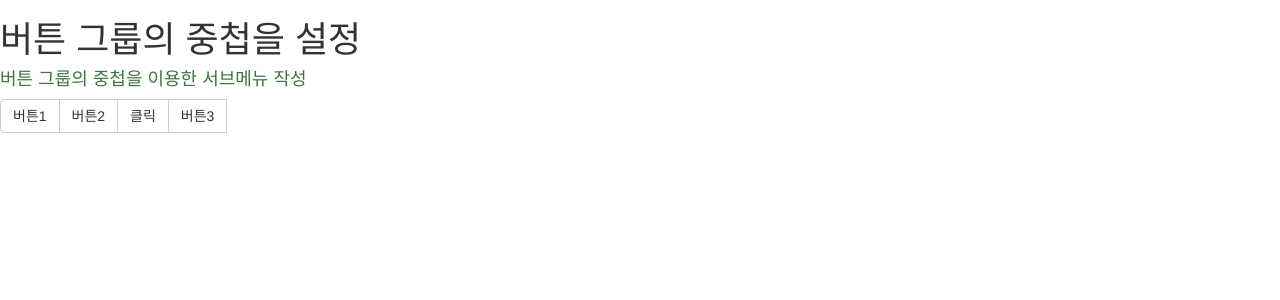
Repository: RYE415/4.jsp
Page: BootstrapTest/src/main/webapp/7.component/4.buttongroup(중첩,정렬).html
These files come from the project's save history. The page is drawn as it stood at one moment and after the next save; the edit follows.
The browser window is 1280 px wide. The pictures show the whole page.
Some web libraries are served in a nearby version.

Above is the page before, as saved 2022-08-10 00:33:24.

After the next save:
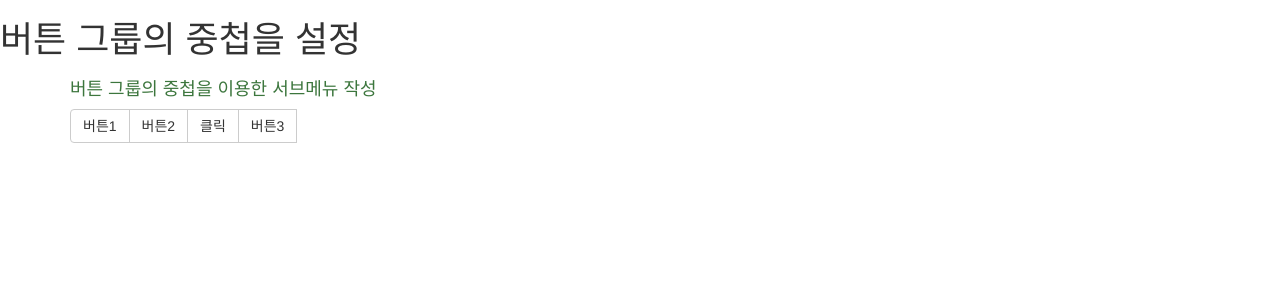
Saved 4 min 33 s later.
--- a/BootstrapTest/src/main/webapp/7.component/4.buttongroup(중첩,정렬).html
+++ b/BootstrapTest/src/main/webapp/7.component/4.buttongroup(중첩,정렬).html
@@ -20,11 +20,19 @@
   <body>
     <h1>버튼 그룹의 중첩을 설정</h1>
 
+    <div class="container">
+    <!--
+    	<div class="btn-group"> button3+drop-down(ul)<div>
+    	  caret(캐럿)->메뉴를 펼치게 해주는 화살표
+    	  		1.메뉴이름<span class="caret"></span>
+     -->
+
      	<h4 class="text-success">버튼 그룹의 중첩을 이용한 서브메뉴 작성</h4>
+
      	<div class="btn-group">
 	     	<button type="button" class="btn btn-default">버튼1</button>
 	     	<button type="button" class="btn btn-default">버튼2</button>
-	     	<!--button3+drop-down(ul)<div>-->
+	     	<!---->
 	     	<div class="btn-group">
 	     	<button type="button" data-toggle="dropdown" class="btn btn-default">클릭</button>
 		    <ul class="dropdown-menu" role="menu">
@@ -57,7 +65,7 @@
 
 
 
-
+    </div>
      </div>
 
 
